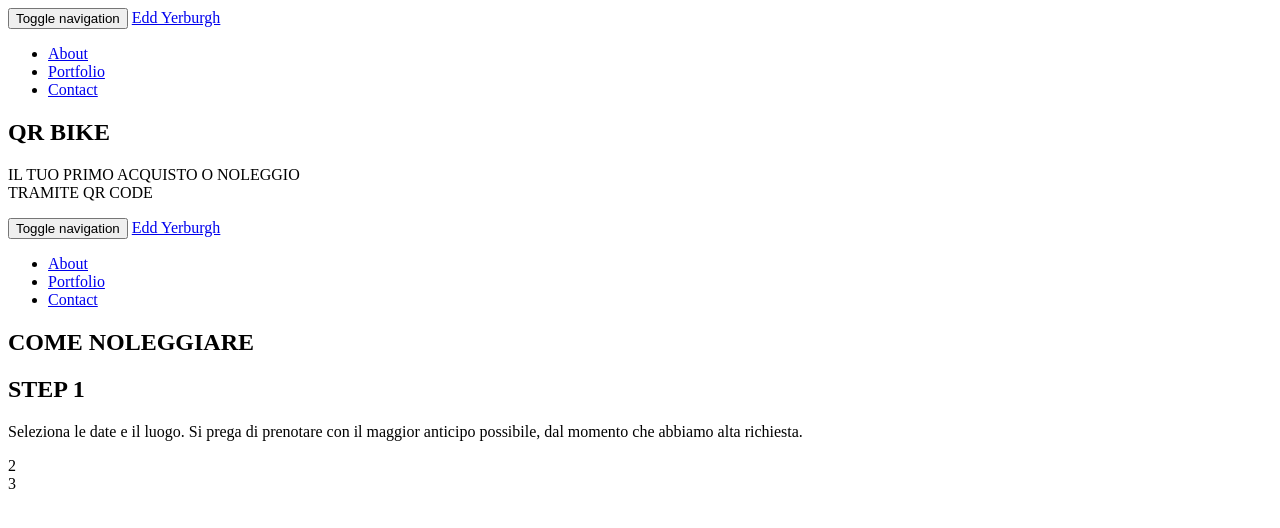
Repository: andrealepori/qrbike
Page: index.html
The author's editor kept a copy of each file at every save. The page is drawn from the files as they stood at one save, then again after the next save.
The browser window is 1280 px wide. The pictures show the whole page.

Above is the page before, as saved 2020-09-16 16:57:10.

### index.html
<!DOCTYPE html>
<html lang="en">
<head>
    <meta charset="UTF-8">
    <meta name="viewport" content="width=device-width, initial-scale=1.0">
    <title>Home - QR BIKE</title>


	<link type="text/css" rel="stylesheet" href="css/style.css" />

</head>
<body>



  <section id="hero1" class="hero">

    <nav class="navbar navbar-inverse navbar-fixed-top transparent">
      <div class="container">
        <!-- Brand and toggle get grouped for better mobile display -->
        <div class="navbar-header">
          <button type="button" class="navbar-toggle collapsed" data-toggle="collapse" data-target="#navbar" aria-expanded="false">
            <span class="sr-only">Toggle navigation</span>
          </button>
          <a class="navbar-brand" href="https://www.eddyerburgh.me/" target="newwindow">Edd Yerburgh</a>
        </div> <!-- .navbar-header -->
        <div class="collapse navbar-collapse" id="navbar">
          <ul class="nav navbar-nav navbar-right">
            <li><a href="#about">About</a></li>
            <li><a href="#portfolio">Portfolio</a></li>
            <li><a href="#contact">Contact</a></li>
          </ul>
        </div> <!-- .navbar-collapse -->
      </div> <!-- .container -->
    </nav>
    <main data-spy="scroll" data-target=".navbar" data-offset="50">
      <div class="jumbotron photo-cover text-inverse">
          <div class="col-md-6 text-center center">















    <div class="inner">
      <div class="copy">

      <h1 class="yellowtitle"> QR BIKE</h1>
      <p class="subtitle">IL TUO PRIMO ACQUISTO O NOLEGGIO <br> TRAMITE QR CODE</p>
      </div>
    </div>
  </section>


<nav class="navbar navbar-inverse navbar-fixed-top transparent">
  <div class="container">
    <!-- Brand and toggle get grouped for better mobile display -->
    <div class="navbar-header">
      <button type="button" class="navbar-toggle collapsed" data-toggle="collapse" data-target="#navbar" aria-expanded="false">
        <span class="sr-only">Toggle navigation</span>
      </button>
      <a class="navbar-brand" href="https://www.eddyerburgh.me/" target="newwindow">Edd Yerburgh</a>
    </div> <!-- .navbar-header -->
    <div class="collapse navbar-collapse" id="navbar">
      <ul class="nav navbar-nav navbar-right">
        <li><a href="#about">About</a></li>
        <li><a href="#portfolio">Portfolio</a></li>
        <li><a href="#contact">Contact</a></li>
      </ul>
    </div> <!-- .navbar-collapse -->
  </div> <!-- .container -->
</nav>
<main data-spy="scroll" data-target=".navbar" data-offset="50">
  <div class="jumbotron photo-cover text-inverse">
      <div class="col-md-6 text-center center">


<section>

      <h1 class="titolo">COME NOLEGGIARE </h1>

    </div>
    </div>
  </section>



  <div class="support-grid"></div>

  <section class="grid-1">
    <div class="item-1">
      <h1 class="titoli"><bold>STEP 1</bold> </h1>


      <p class="nero">
        Seleziona le date e il luogo. Si prega di prenotare con il maggior anticipo possibile, dal momento che abbiamo alta richiesta. </p>
    </div>
    <div class="item-2">2</div>
    <div class="item-3">3</div>

  </section>






</body>
</html>

Loaded but not shown: style.css (no stored copy; drawn as an empty file)

After the next save:
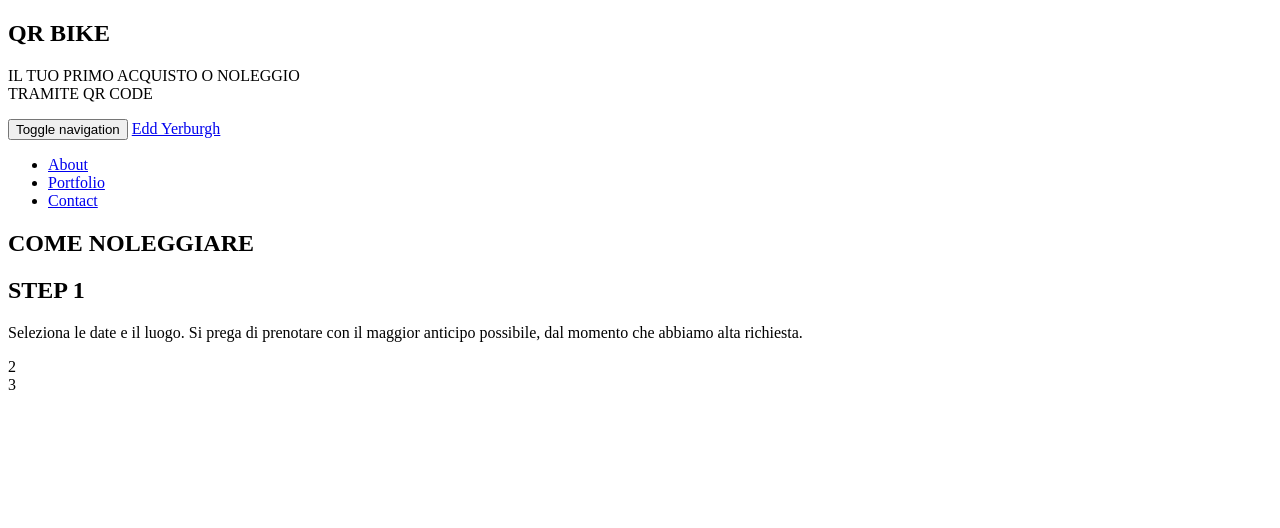
Saved 43 s later.
--- a/index.html
+++ b/index.html
@@ -15,27 +15,7 @@
 
   <section id="hero1" class="hero">
 
-    <nav class="navbar navbar-inverse navbar-fixed-top transparent">
-      <div class="container">
-        <!-- Brand and toggle get grouped for better mobile display -->
-        <div class="navbar-header">
-          <button type="button" class="navbar-toggle collapsed" data-toggle="collapse" data-target="#navbar" aria-expanded="false">
-            <span class="sr-only">Toggle navigation</span>
-          </button>
-          <a class="navbar-brand" href="https://www.eddyerburgh.me/" target="newwindow">Edd Yerburgh</a>
-        </div> <!-- .navbar-header -->
-        <div class="collapse navbar-collapse" id="navbar">
-          <ul class="nav navbar-nav navbar-right">
-            <li><a href="#about">About</a></li>
-            <li><a href="#portfolio">Portfolio</a></li>
-            <li><a href="#contact">Contact</a></li>
-          </ul>
-        </div> <!-- .navbar-collapse -->
-      </div> <!-- .container -->
-    </nav>
-    <main data-spy="scroll" data-target=".navbar" data-offset="50">
-      <div class="jumbotron photo-cover text-inverse">
-          <div class="col-md-6 text-center center">
+
 
 
 
